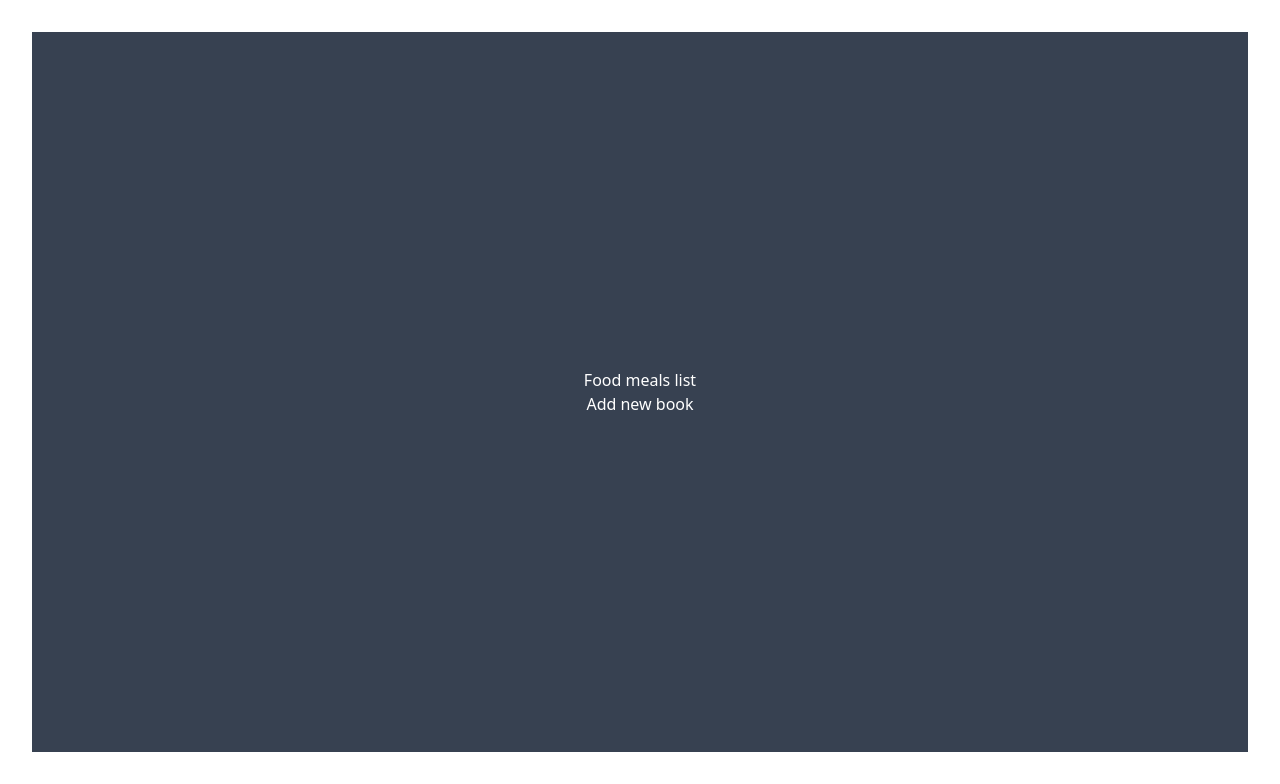
Repository: Vasil1001/fullstack-nutrition-tracker
Page: / (app in frontend/)
These files come from the project's save history. The page is drawn as it stood at one moment and after a run of saves; the edit follows.
The browser window is 1280 px wide. The pictures show the whole page.
The page's requests for data from a server got no answer. The project was rebuilt for these pictures with package versions that can differ from the ones it lists, and the page was loaded fresh each time. No one was signed in, and anything a server would have sent is missing. Also part of the build but not shown: frontend/vite.config.js, frontend/src/pages/Add.jsx, frontend/src/pages/Update.jsx.

Above is the page before, as saved 2023-05-21 16:10:35.

### frontend/src/App.jsx
import { useState } from 'react'
import reactLogo from './assets/react.svg'
import viteLogo from '/vite.svg'
import './App.css'
import { BrowserRouter, Routes, Route } from 'react-router-dom'
import Books from './pages/Books'
import Add from './pages/Add'
import Update from './pages/Update'

function App() {
  return (
    <div className="bg-gray-700">
      <div className="max-w-screen mx-auto flex min-h-screen flex-col justify-center bg-gray-700 px-10 xl:w-10/12  ">
        <BrowserRouter>
          <Routes>
            <Route path="/" element={<Books />} />
            <Route path="/add" element={<Add />} />
            <Route path="/update" element={<Update />} />
          </Routes>
        </BrowserRouter>
      </div>
    </div>
  )
}

export default App

### frontend/src/pages/Books.jsx
import axios, { Axios } from 'axios'
import React, { useEffect, useState } from 'react'
import { Link } from 'react-router-dom'

export default function Books() {
  const [books, setBooks] = React.useState([])

  //   const fetchBooks = async () => {
  //     const response = await fetch('http://localhost:8080/books')
  //     const data = await response.json()
  //     setBooks(data)
  //     console.log(data)
  //   }

  useEffect(() => {
    async function fetchAllBooks() {
      try {
        const response = await axios.get('http://localhost:8080/books')
        setBooks(response.data)
        console.log(response)
      } catch (error) {
        console.log(error)
      }
    }
    fetchAllBooks()
  }, [])

  return (
    <div className="flex flex-col justify-center text-white">
      <h1>Food meals list</h1>
      <div className="flex gap-5 justify-center">
        {books.map((book) => (
          <div className="book" key={book.id}>
            <h1>{book.title}</h1>
            {book.cover && <img src={book.cover} alt={book.title} />}
            <p>{book.desc}</p>
            <span>{book.price}</span>
          </div>
        ))}
      </div>
      <button>
        <Link to="/add">Add new book</Link>
      </button>
    </div>
  )
}

### frontend/tailwind.config.js
/** @type {import('tailwindcss').Config} */
export default {
  content: [
    "./index.html",
    "./src/**/*.{js,ts,jsx,tsx}",
  ],
  theme: {
    extend: {},
  },
  plugins: [require("tailwindcss-animate")],
}

Loaded but not shown: frontend/index.html (common file); frontend/src/main.jsx (common file); frontend/src/index.css (common file); frontend/src/App.css (common file)

After the next 3 saves:
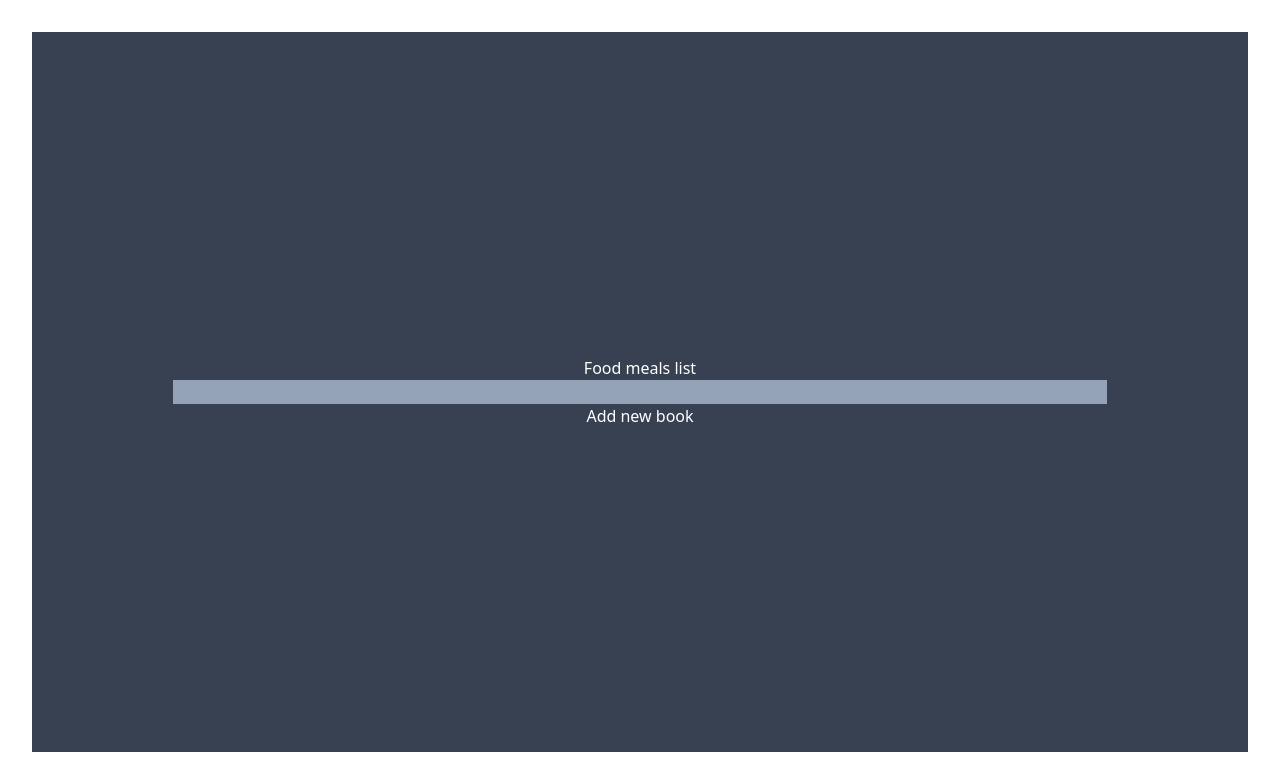
The 3 saves are shown as one change because they came seconds apart.
The last was saved 8 s later.
--- a/frontend/src/pages/Books.jsx
+++ b/frontend/src/pages/Books.jsx
@@ -28,7 +28,7 @@
   return (
     <div className="flex flex-col justify-center text-white">
       <h1>Food meals list</h1>
-      <div className="flex gap-5 justify-center">
+      <div className="flex gap-5 p-3 bg-slate-400 justify-center">
         {books.map((book) => (
           <div className="book" key={book.id}>
             <h1>{book.title}</h1>

After the 2 saves that followed:
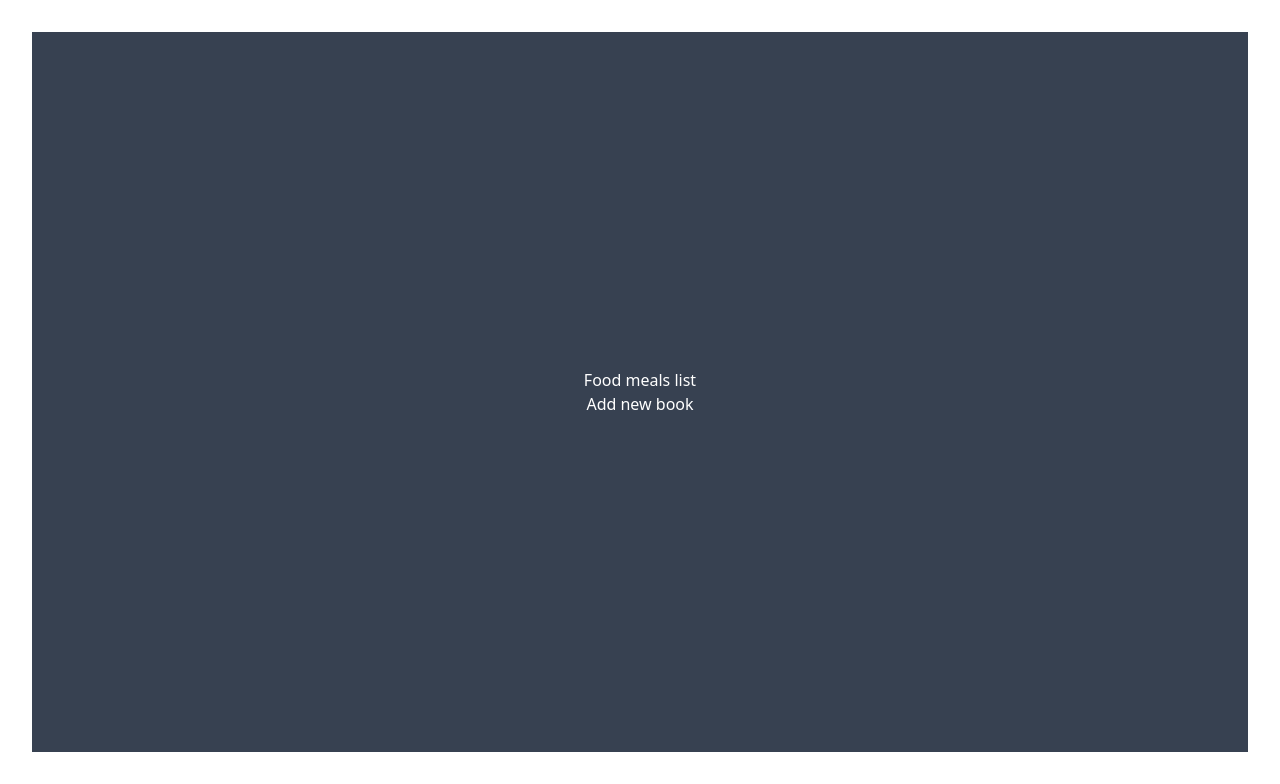
The 2 saves are shown as one change because they came seconds apart.
The last was saved 10 s later.
--- a/frontend/src/pages/Books.jsx
+++ b/frontend/src/pages/Books.jsx
@@ -28,9 +28,9 @@
   return (
     <div className="flex flex-col justify-center text-white">
       <h1>Food meals list</h1>
-      <div className="flex gap-5 p-3 bg-slate-400 justify-center">
+      <div className="flex gap-5  justify-center">
         {books.map((book) => (
-          <div className="book" key={book.id}>
+          <div className="p-3 bg-slate-400" key={book.id}>
             <h1>{book.title}</h1>
             {book.cover && <img src={book.cover} alt={book.title} />}
             <p>{book.desc}</p>
